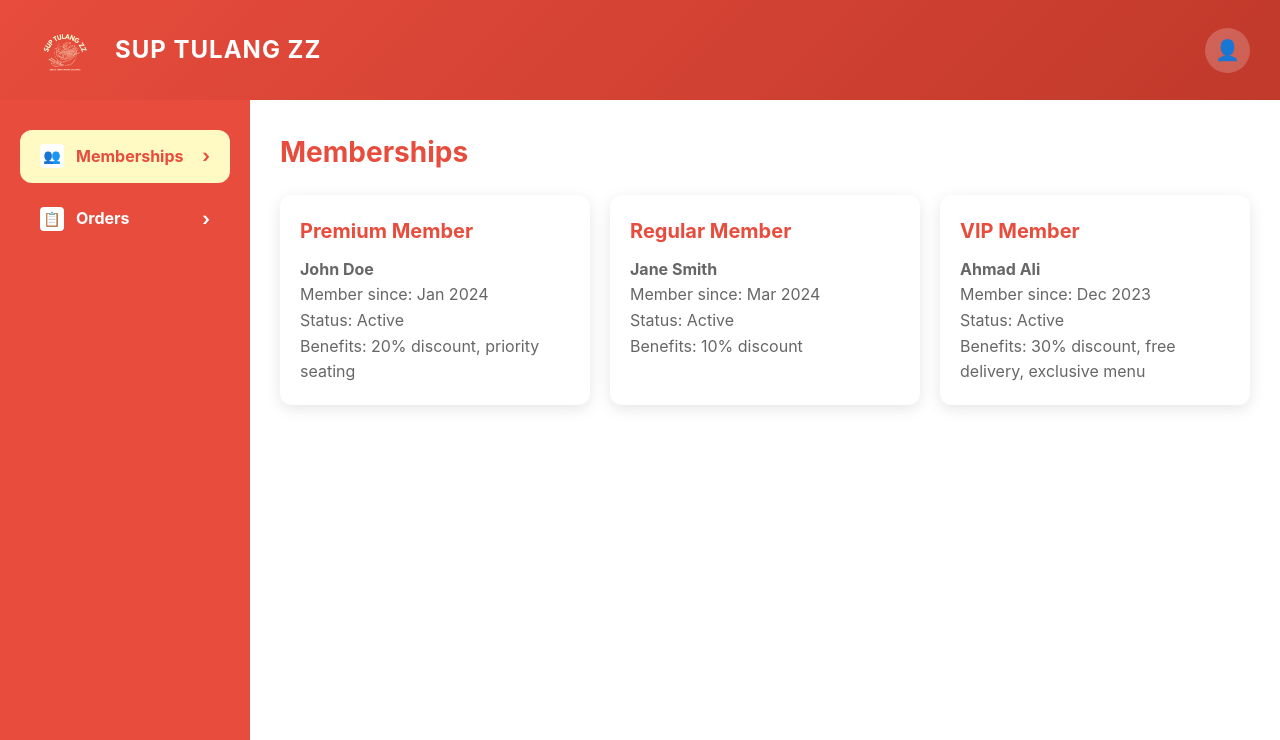
Repository: YIsheng2002/web-frontend
Page: view/Staff/dashboardstaff.html
An editor plug-in stored every save of this project. The page is shown before and after the next save, followed by the edit.
The browser window is 1280 px wide. The pictures show the whole page.

Above is the page before, as saved 2025-06-12 14:43:23.

After the next save:
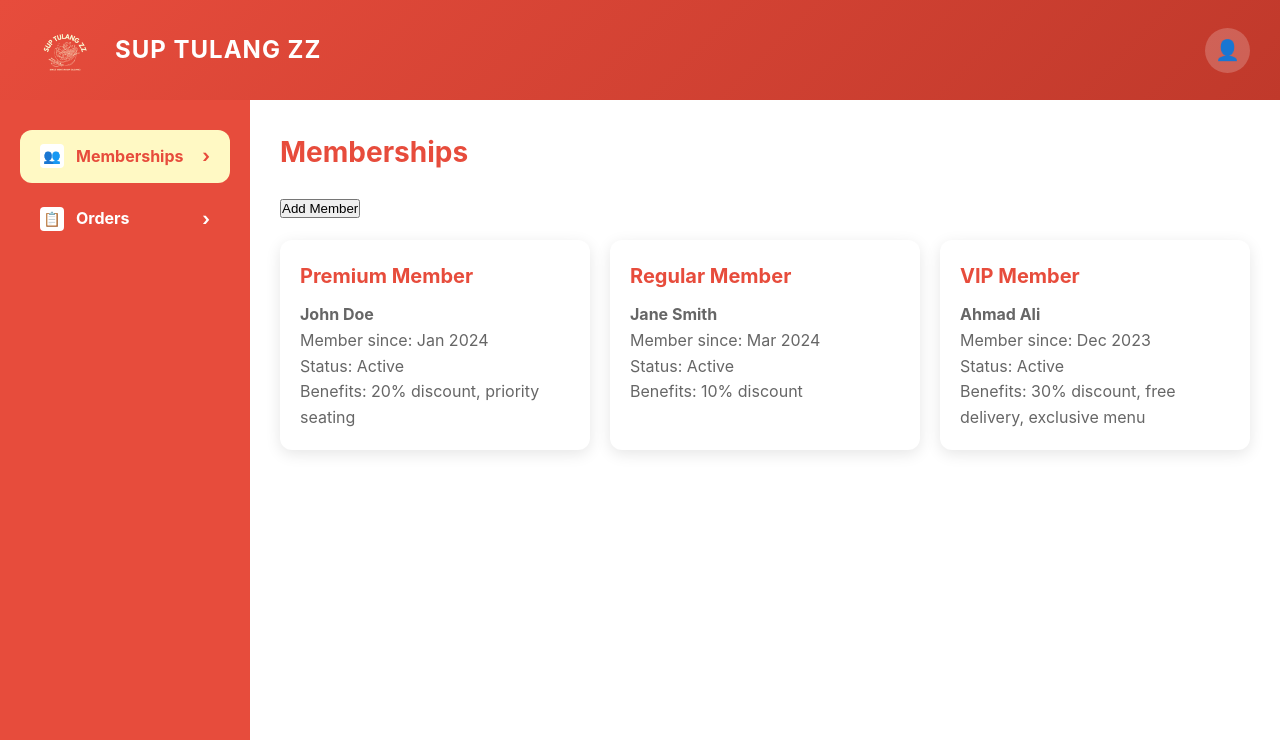
Saved 2 s later.
--- a/view/Staff/dashboardstaff.html
+++ b/view/Staff/dashboardstaff.html
@@ -68,6 +68,8 @@
         <!-- Main Content -->
         <div class="main-content active" id="membership">
             <h3>Memberships</h3>
+            <button class="add-member-btn" onclick="addMember()">Add Member</button>
+
             <div class="membership-cards">
                 <div class="membership-card">
                     <div class="membership-title">Premium Member</div>
